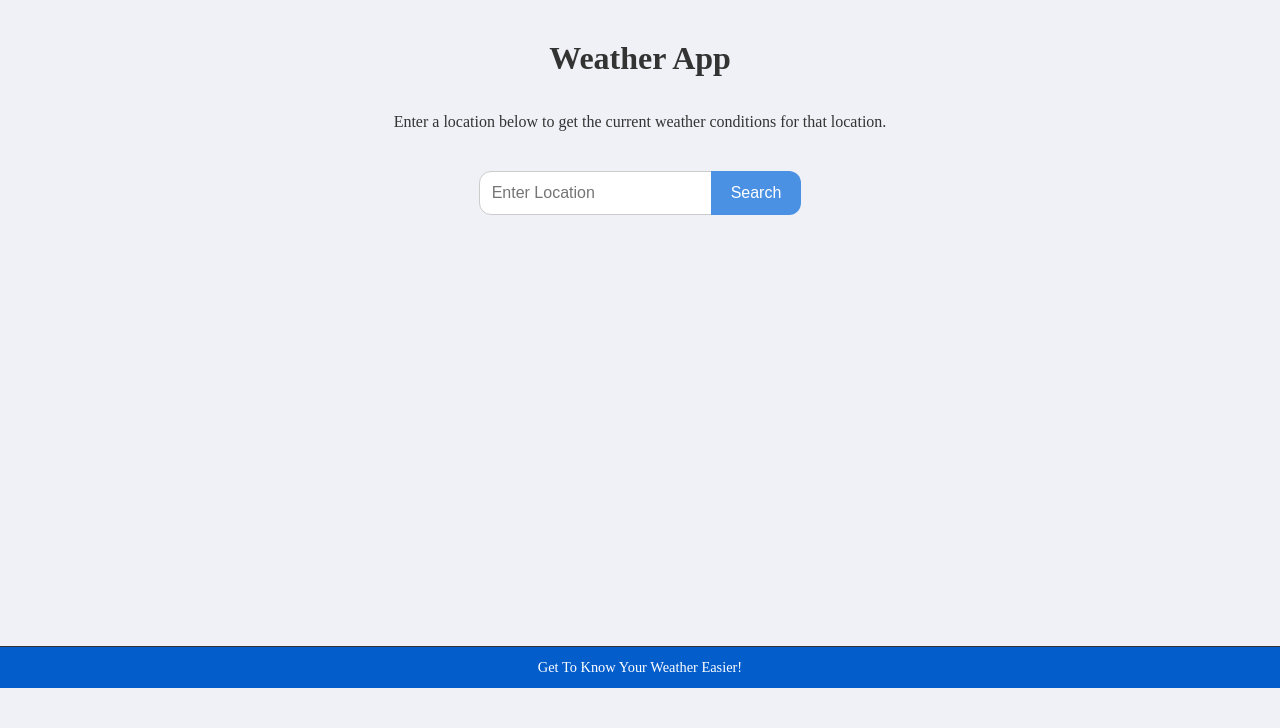
Repository: AlaaYou/Weather-App
Page: index.html
An editor plug-in stored every save of this project. The page is shown before and after the next save, followed by the edit.
The browser window is 1280 px wide. The pictures show the whole page.

Above is the page before, as saved 2024-10-20 23:56:37.

### index.html

<!DOCTYPE html>
<html lang="en">
  <head>
    <meta charset="UTF-8" />
    <meta name="viewport" content="width=device-width, initial-scale=1.0" />
    <link rel="stylesheet" href="styles.css" />
    <title>Weather App</title>
  </head>
  <body>
    <header>
      <h1>Weather App</h1><br><br>
      <p>
        Enter a location below to get the current weather conditions for that
        location.
      </p>
    </header>
    <!-- main content -->
    <main>
      <section class="search-box">
        <input type="text" id="location-input" placeholder="Enter Location" />

        <button id="search-button">Search</button>
      </section>
      <div id="loading" style="display: none">Loading...</div>
      <div id="error" style="display: none">Error loading weather data</div>
      <!-- weather content -->
      <section
        class="weather-display"
        id="weather-display"
        style="display: none"
      >
        <div class="temp-display"><span id="temperature">--</span> °C</div>
        <div class="condition-display">
          <span id="condition">--</span>
        </div>

        <!-- condition info -->
        <div class="condition-info">
          <span id="wind-speed">Wind Speed: --</span>
          <span id="humidity">Humidity: --</span>
        </div>
      </section>
    </main>
    <!-- footer -->
    <footer>
      <p>Get To Know Your Weather Easier!</p>
    </footer>
    <script src="script.js"></script>
  </body>
</html>

### styles.css
body,
h1,
p {
  margin: 0;
  padding: 0;
}

body {
  display: flex;
  flex-direction: column;
  min-height: 90vh;
  background-color: #f0f1f6;
  padding: 40px 0;
  color: #333;
}

main {
  flex-grow: 1;
}

header {
  text-align: center;
  margin-bottom: 20px;
}

.search-box {
  display: flex;
  justify-content: center;
  align-items: center;
  margin: 20px 0;
}

input[type="text"] {
  padding: 12px;
  border: 1px solid #ccc;
  border-radius: 12px 0 0 12px;
  font-size: 1em;
  width: auto;
  margin-right: -1px;
}
button {
  background-color: #4a90e3;
  color: #ffff;
  border: none;
  border-radius: 0 12px 12px 0;
  padding: 13px 20px;
  cursor: pointer;
  font-size: 1em;
  transition: background-color 0.3s ease;
}

button:hover {
  background-color: #035dcb;
}

/* Weather content */
.weather-display {
  text-align: center;
  padding: 20px;
}

.temp-display,
.condition-display {
  font-size: 2.5em;
  margin-bottom: 10px;
}

.condition-info span {
  margin-right: 15px;
  font-size: 1.2em;
}

#loading,
#error {
  text-align: center;
  font-size: 1.2em;
  margin-top: 20px;
}
#loading {
  color: #4a90e3;
}
#error {
  color: red;
}
footer {
  text-align: center;
  background-color: #035dcb;
  color: #ffff;
  padding: 12px 0;
  border-top: 1px solid #333;
  font-size: 0.9em;
}

### script.js
async function fetchWeather(location) {
  //api
  const apiKey = "094b545dde613af5667ba10639a224f8";
  const url = `http://api.openweathermap.org/data/2.5/weather?q=${location}&appid=${apiKey}&units=metric`;
  const response = await fetch(url);

  if (response.ok) {
    const data = await response.json();
    return data;
  } else {
    throw new Error("Failed to fetch weather data");
  }
}
//Display the weather
function dispplayWeather(data) {
  console.log(data);
  //select the  DOM
  const weatherDisplay = document.getElementById("weather-display");
  const temperature = document.getElementById("temperature");
  const condition = document.getElementById("condition");
  const windSpeed = document.getElementById("wind-speed");
  const humidity = document.getElementById("humidity");

  temperature.textContent = data.main.temp;
  condition.textContent = data.weather[0].main;
  windSpeed.textContent = `Wind Speed: ${data.wind.speed}m/s`;
  humidity.textContent = `Humidity: ${data.main.humidity}%`;
  weatherDisplay.style.display = "block";
}

function toggleElementVisibility(id, show) {
  const element = document.getElementById(id);
  element.style.display = show ? "block" : "none";
}
//DOM content Loaded
document.addEventListener("DOMContentLoaded", () => {
  const searchButton = document.getElementById("search-button");
  const locationInput = document.getElementById("location-input");
  searchButton.addEventListener("click", async () => {
    toggleElementVisibility("loading", true);
    toggleElementVisibility("error", false);

    const location = locationInput.value;

    try {
      const weatherData = await fetchWeather(location);
      toggleElementVisibility("loading", false);
      dispplayWeather(weatherData);
      console.log(weatherData);
    } catch (error) {
      toggleElementVisibility("error", true);
      toggleElementVisibility("loading", false);
    }
  });
});

After the next save:
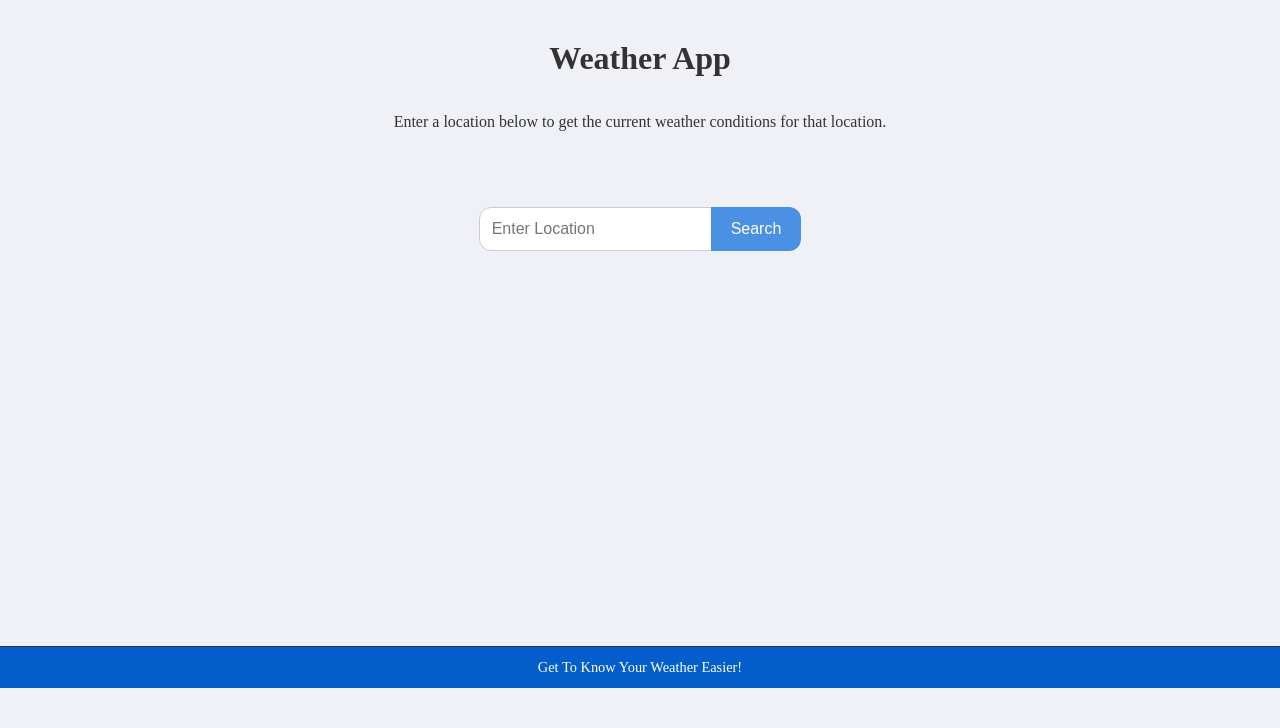
Saved 20 s later.
--- a/index.html
+++ b/index.html
@@ -13,7 +13,7 @@
       <p>
         Enter a location below to get the current weather conditions for that
         location.
-      </p>
+      </p><br><br>
     </header>
     <!-- main content -->
     <main>
